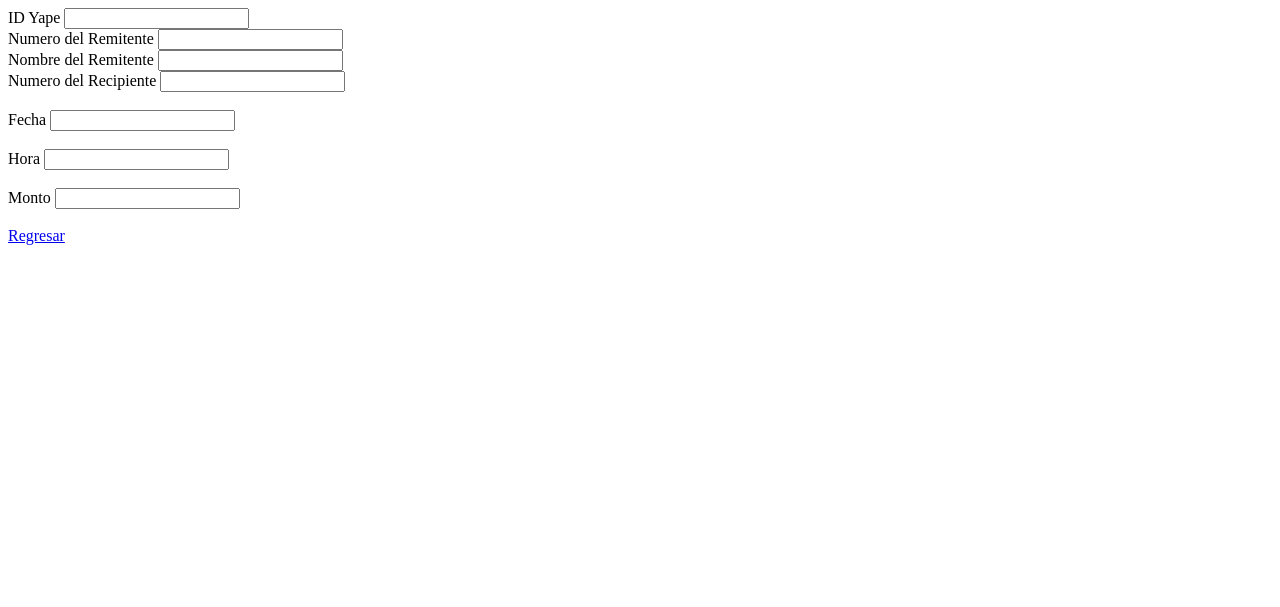
Repository: Gimblet/LP1_Proyecto_Yape
Page: http://localhost/Yape/YapeInfo.jsp
An editor plug-in stored every save of this project. The page is shown before and after a run of saves, followed by the edit.
The browser window is 1280 px wide. The pictures show the whole page.
The page is served by Tomcat 9. Other server files are loaded and not shown.

Above is the page before, as saved 2024-04-20 17:32:48.

### Yape/src/main/webapp/YapeInfo.jsp
<%@page import="data.ClaseUtilitaria"%>
<%@ page language="java" contentType="text/html; charset=ISO-8859-1"
    pageEncoding="ISO-8859-1"%>
<%
	ClaseUtilitaria item = null;
	String status = "default";
	if(request.getAttribute("infoYape") != null) {
		item = (ClaseUtilitaria) request.getAttribute("infoYape");
		status = "Todo Bien Pa";
	} else {
		status = "uyuyuyuyuy";
	}
%>
<!DOCTYPE html>
<html>
<head>
<meta charset="ISO-8859-1">
<title>Informacion de Yape <%= status %></title>
</head>
<body>
	<form action="Servlet" method="post">
		<div class="form-group">
			<label class="text-secondary">ID Yape</label>
			<input class="form-control" type="text" name="txtYapeId" value="<%= (item != null)? item.getIdYape():"" %>">
		</div>
		<div class="form-group">
			<label class="text-secondary">Numero del Remitente</label>
			<input class="form-control" type="text" name="txtNumeroRemitente" value="<%= (item != null)? item.getNumeroRemitente():"" %>">
		</div>
		<div class="form-group">
			<label class="text-secondary">Nombre del Remitente</label>
			<input class="form-control" type="text" name="txtNombreRemitente" value="<%= (item != null)? item.getNombreRemitente():"" %>">
		</div>
		<div class="form-group">
			<label class="text-secondary">Numero del Recipiente</label>
			<input class="form-control" type="text" name="txtNumeroRecipiente" value="<%= (item != null)? item.getNumeroRecipiente():"" %>">
		</div>
		<br>
		<div class="form-group">
			<label class="text-secondary">Fecha</label>
			<input class="form-control" type="text" name="txtFecha" value="<%= (item != null)? item.getFecha():"" %>">
		</div>
		<br>
		<div class="form-group">
			<label class="text-secondary">Hora</label>
			<input class="form-control" type="text" name="txtDocente" value="<%= (item != null)? item.getHora():"" %>">
		</div>
		<br>
		<div class="form-group">
			<label class="text-secondary">Monto</label>
			<input class="form-control" type="text" name="txtDocente" value="<%= (item != null)? item.getMontoRecipiente():"" %>">
		</div>
		<br>
	</form>
	<a href="Servlet?type=listar" class="btn btn-primary">Regresar</a>
</body>
</html>

After the next 2 saves:
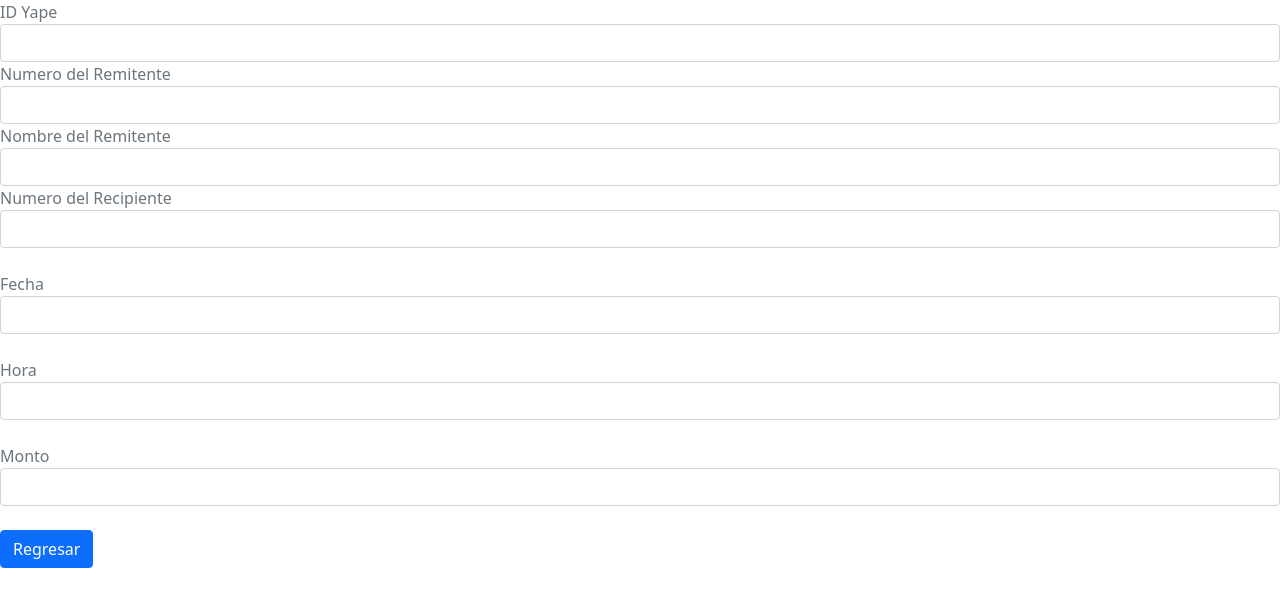
The 2 saves are shown as one change because they came seconds apart.
The last was saved 96 s later.
--- a/Yape/src/main/webapp/YapeInfo.jsp
+++ b/Yape/src/main/webapp/YapeInfo.jsp
@@ -15,6 +15,7 @@
 <html>
 <head>
 <meta charset="ISO-8859-1">
+<link href="https://cdn.jsdelivr.net/npm/bootstrap@5.1.3/dist/css/bootstrap.min.css" rel="stylesheet">
 <title>Informacion de Yape <%= status %></title>
 </head>
 <body>
